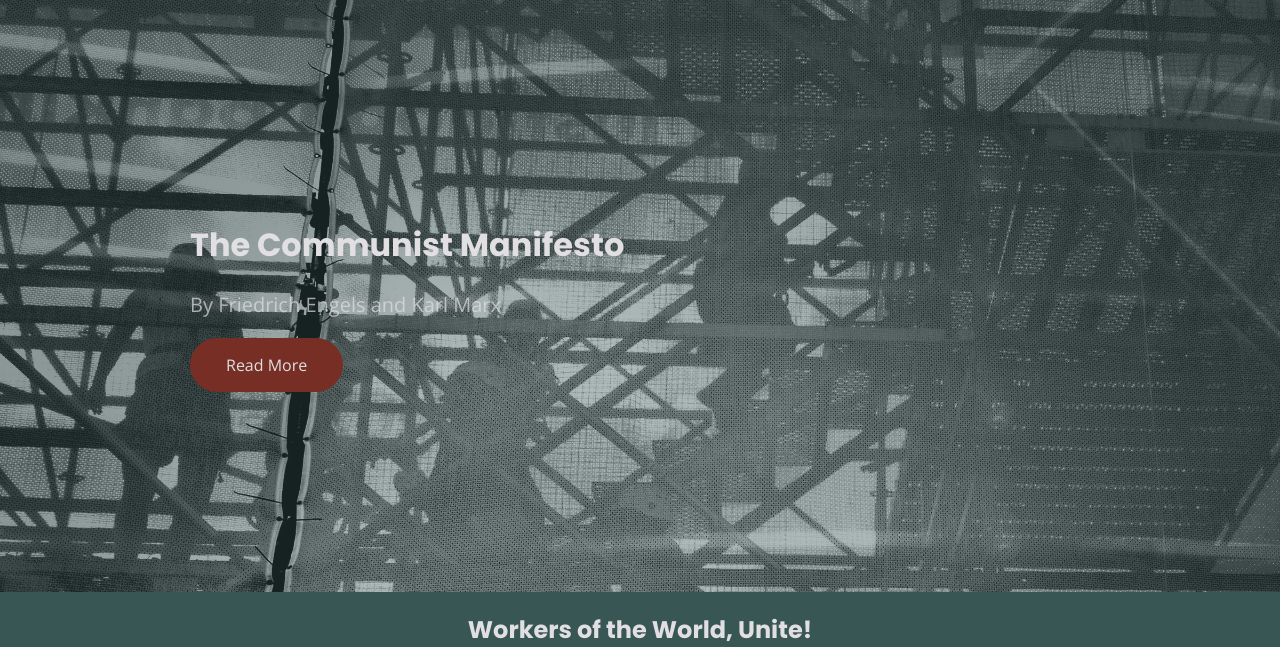
Repository: eaang/landing
Page: index.html
These files come from the project's save history. The page is drawn as it stood at one moment and after the next save; the edit follows.
The browser window is 1280 px wide. The pictures show the part of the page from y = 0 to 647 px (the page is 1113 px tall).
A picture or video elsewhere on the page could not be fetched, so the positions and the page height are approximate. Some web libraries are served in a nearby version.

Above is the page before, as saved 2020-06-10 16:14:24.

### index.html
<!DOCTYPE html>
<html>
<head>
  <meta charset="UTF-8">
  <title>The Communist Manifesto</title>
  <link rel="shortcut icon" href="data:[embedded picture, 18 characters]" type="image/x-icon">
  <!-- We need this line below for responsiveness! -->
  <meta name="viewport" content="width=device-width, initial-scale=1">
  <link rel="stylesheet" href="css/style.css">
</head>
<body>
  <!-- code a Hero / Banner section -->
  <div class="banner">
    <div class="container">
      <h1>The Communist Manifesto</h1>
      <p>By Friedrich Engels and Karl Marx</p>
      <a class="btn-primary" href="#">Read More</a>
    </div>
  </div>
  <!-- code a "How it works" section -->
  <div class="container">
    <h2 class="text-center">Workers of the World, Unite!</h2>
    <div class="cards">

      <div class="card">
        <img src="images/apply.svg" alt="">
        <h4>Past</h4>
        <p>The history of all hitherto existing society is the history of class struggles.</p>
      </div>

      <div class="card">
        <img src="images/learn.svg" alt="">
        <h4>Present</h4>
        <p>The weapons with which the bourgeoisie felled feudalism to the ground are now turned against the bourgeoisie itself. </p>
      </div>

      <div class="card">
        <img src="images/product.svg" alt="">
        <h4>Future</h4>
        <p>The proletarians have nothing to lose but their chains. They have a world to win.</p>
      </div>

    </div>
  </div>
  <!-- code a footer -->
  <div class="footer">
    <div class="links">
      <a href="#"><i class="fab fa-fw fa-facebook-f"></i></a>
      <a href="#"><i class="fab fa-fw fa-github"></i></a>
      <a href="#"><i class="fab fa-fw fa-twitter"></i></a>
      <a href="#"><i class="fab fa-fw fa-instagram"></i></a>
      <p>The revolution will not be televised. The revolution will be live.</p>

    </div>
  </div>
</body>
</html>

### css/style.css
/* Fonts */
@import url('https://fonts.googleapis.com/css?family=Open+Sans:400,700|Poppins:700');

/* Fontawesome */
@import url('https://use.fontawesome.com/releases/v5.6.3/css/all.css');

/* Utilities */
body {
  margin: 0;
  font-family: Open Sans;
  background-color: #385654;
  color: #E1DFE1;
}

h1, h2, h3, h4 {
  font-family: Poppins;
}

a {
  text-decoration: none;
}

.text-center {
  text-align: center;
}
/* Custom design below! */
.container {
	width: 900px;
	margin: auto;
}

/* Banner design */
.banner:before {
  content: ' ';
  display: block;
  position: absolute;
  left: 0;
  top: 0;
  width: 100%;
  height: 100%;
  z-index: 1;
  opacity: 0.6;
  background-image: url("../images/background.jpg");
  background-repeat: no-repeat;
  background-position: 50% 0;
  -ms-background-size: cover;
  -o-background-size: cover;
  -moz-background-size: cover;
  -webkit-background-size: cover;
  background-size: cover;
}
.banner {
  position: relative;
  background: #385654;
  overflow: hidden;
	padding: 200px 0;
}
.banner h1 {
  position: relative;
  z-index: 2;
	color: #E1DFE1;
}
.banner p {
  position: relative;
  z-index: 2;
	color: #E1DFE1;
	opacity: .7;
	font-size: 20px;
}
.btn-primary {
  position: relative;
  z-index: 2;
	display: inline-block;
	background-color: #772E25;
	padding: 16px 36px;
	border-radius: 50px;
	color: #E1DFE1;
}

/* Cards design */
.cards {
	display: flex;
	justify-content: space-between;
	margin-bottom: 30px;
}
.card {
	width: 200px;
	border-radius: 3px;
	box-shadow: 0 0 5px rgb(40,62,60);
	text-align: center;
	padding: 20px;
	border: 1px solid rgb(40,62,60);
}
.card img {
	height: 100px;
}

After the next save:
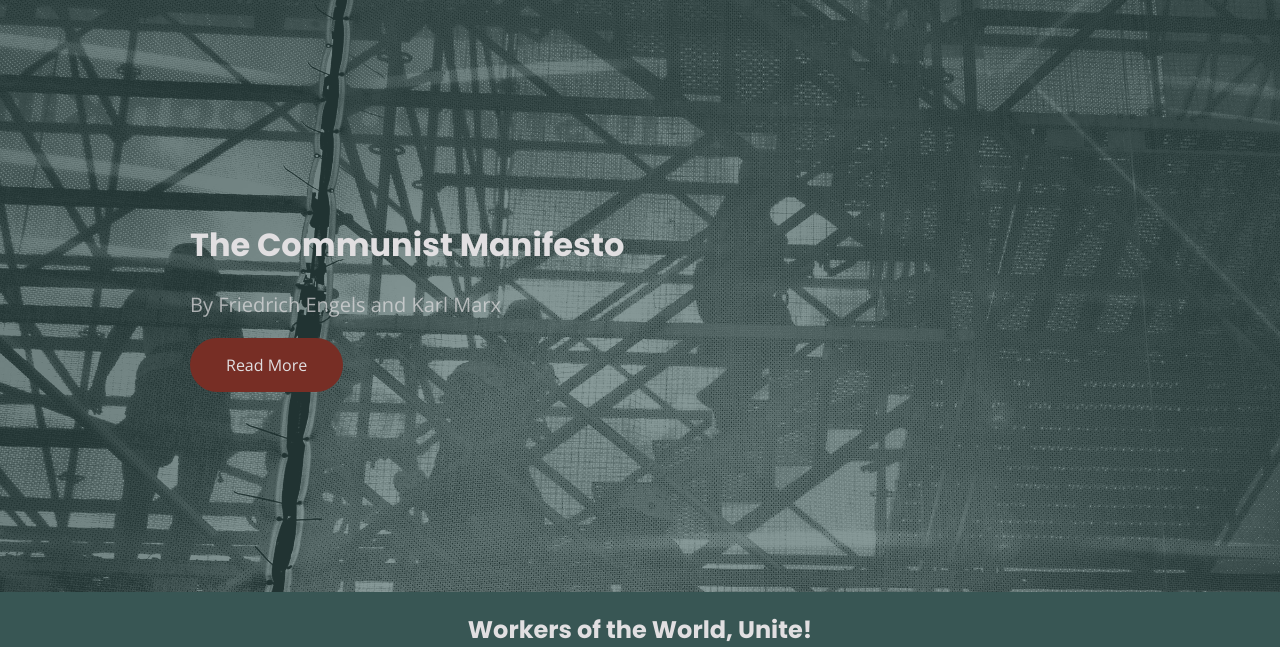
Saved 7 s later.
--- a/css/style.css
+++ b/css/style.css
@@ -39,7 +39,7 @@ a {
   width: 100%;
   height: 100%;
   z-index: 1;
-  opacity: 0.6;
+  opacity: 0.4;
   background-image: url("../images/background.jpg");
   background-repeat: no-repeat;
   background-position: 50% 0;
